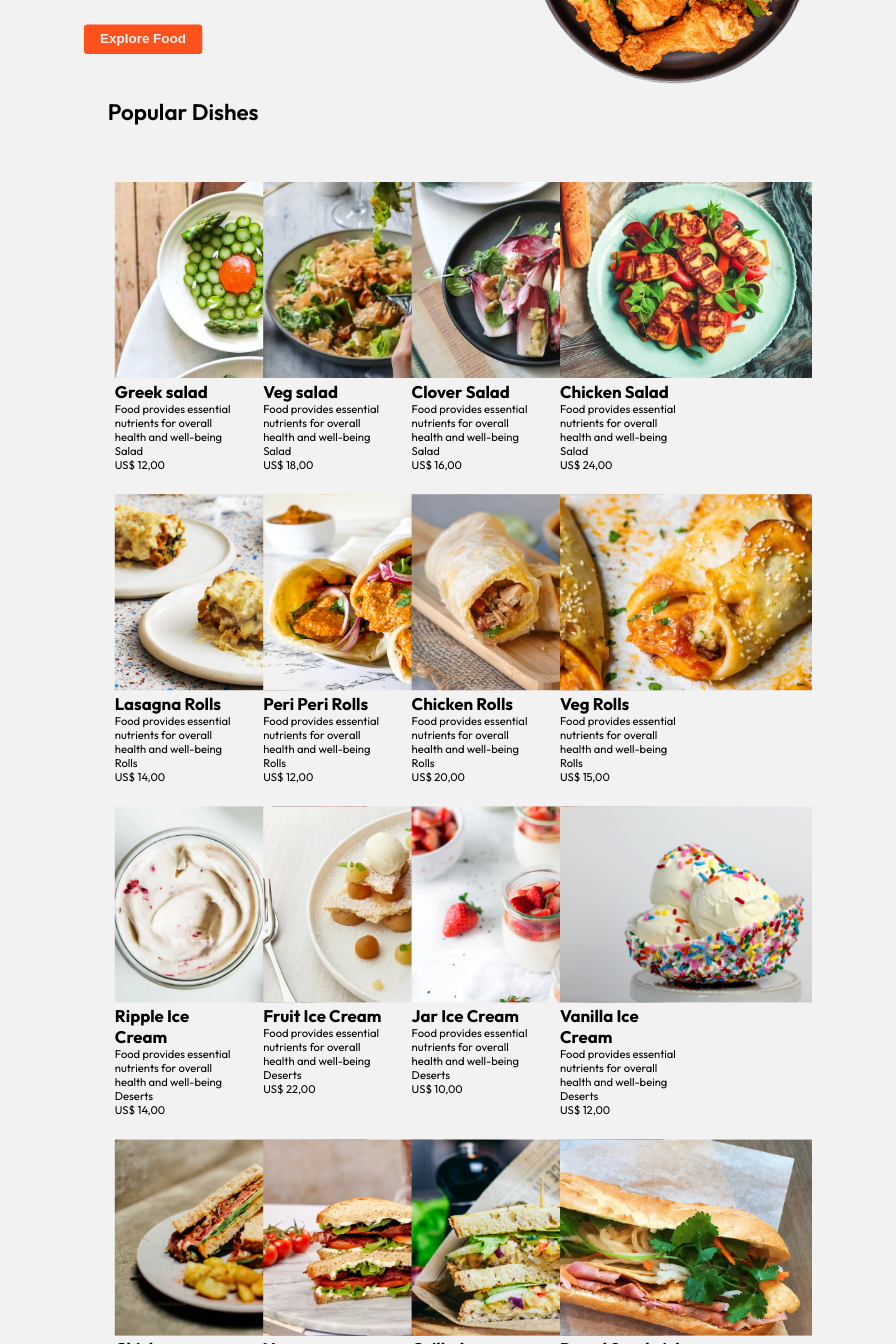
Repository: guilhermecardoso93/foodio
Page: /
These files come from the project's save history. The page is drawn as it stood at one moment and after the next save; the edit follows.
The browser window is 1280 px wide. The pictures show the part of the page from y = 500 to 2420 px (the page is 4476 px tall), at 70% of full size.
The project was rebuilt for these pictures with package versions that can differ from the ones it lists, and the page was loaded fresh each time. Also part of the build but not shown: vite.config.js, src/index.css.

Above is the page before, as saved 2024-11-05 20:10:50.

After the next save:
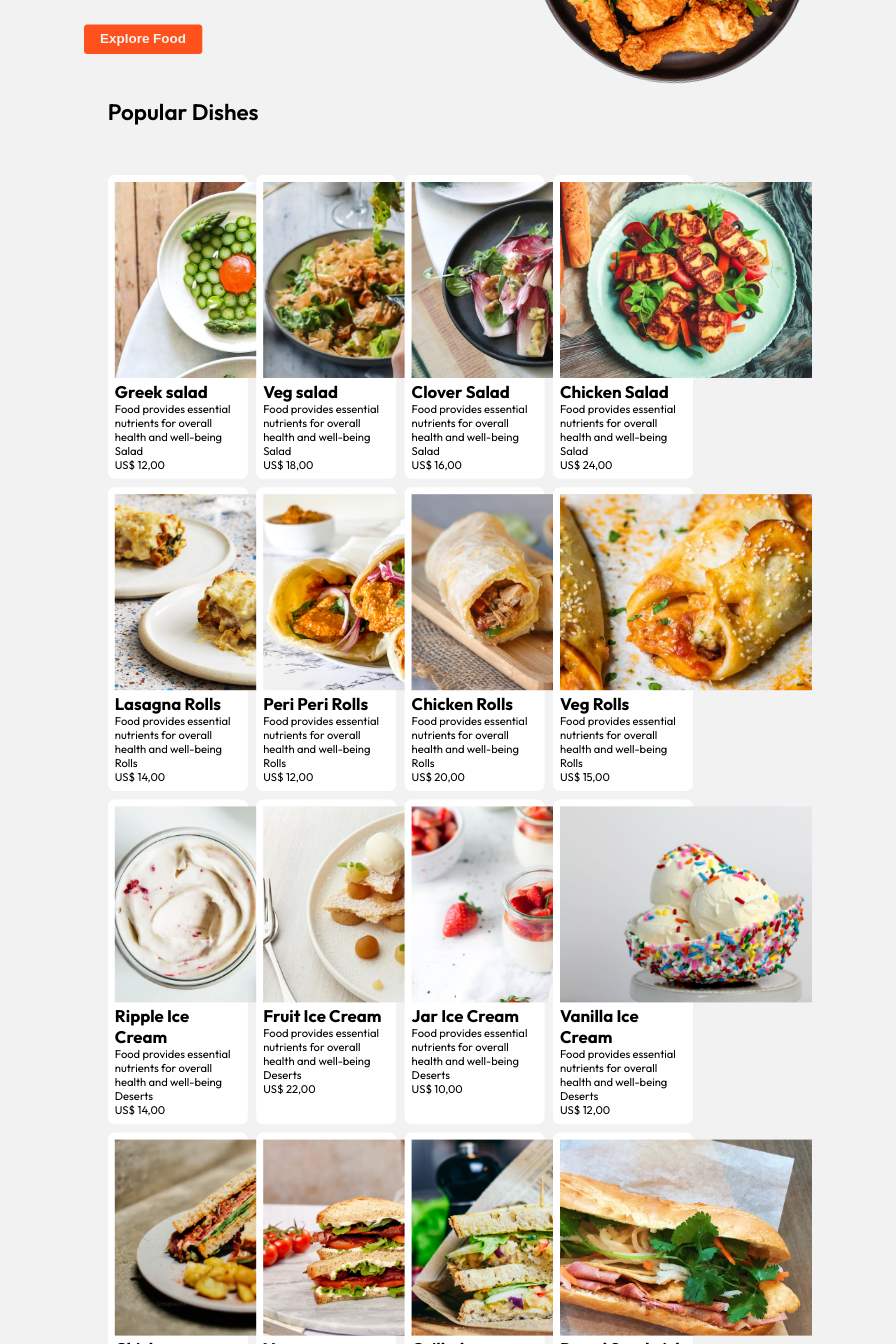
Saved 32 s later.
--- a/src/components/CardItem/styles.css
+++ b/src/components/CardItem/styles.css
@@ -3,4 +3,7 @@
   height: auto;
   display: block;
   padding:10px;
+  border-radius: 10px;
+  position: relative;
+  background-color: #ffffff;outline: none;
 }
